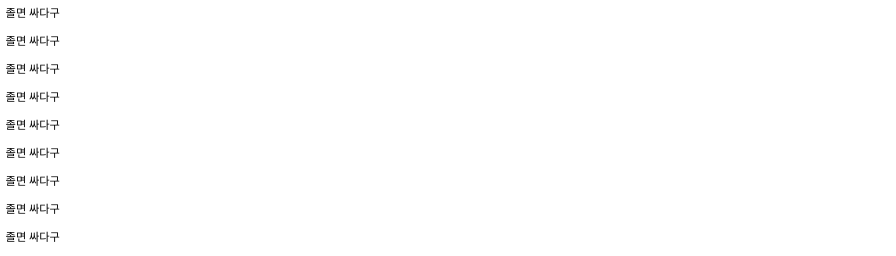
Repository: JeongHyeongKim/practice_myself
Page: Si_basic/WebProject/setp01_HTMLCS/WebContent/HTML/ex02_aTag.html
These files come from the project's save history. The page is drawn as it stood at one moment and after the next save; the edit follows.
The browser window is 1280 px wide. The pictures show the part of the page from y = 826 to 2746 px (the page is 1191 px tall before and 3168 px after), at 70% of full size.

Above is the page before, as saved 2019-04-22 04:07:39.

After the next save:
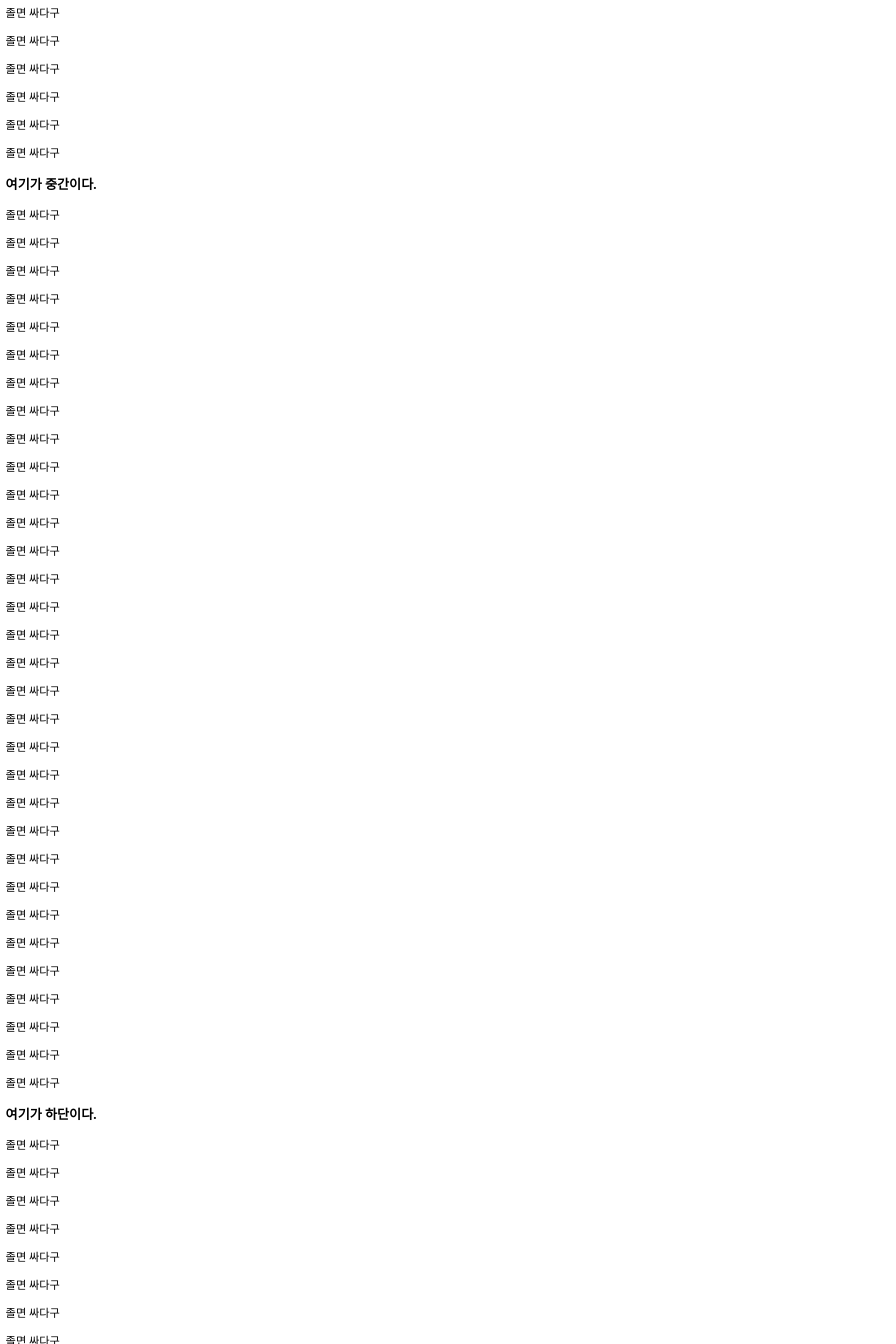
Saved 83 s later.
--- a/Si_basic/WebProject/setp01_HTMLCS/WebContent/HTML/ex02_aTag.html
+++ b/Si_basic/WebProject/setp01_HTMLCS/WebContent/HTML/ex02_aTag.html
@@ -23,6 +23,10 @@
 		<a href="">하단으로</a>
 
 
-		졸면 싸다구<p>졸면 싸다구<p>졸면 싸다구<p>졸면 싸다구<p>졸면 싸다구<p>졸면 싸다구<p>졸면 싸다구<p>졸면 싸다구<p>졸면 싸다구<p>졸면 싸다구<p>졸면 싸다구<p>졸면 싸다구<p>졸면 싸다구<p>졸면 싸다구<p>졸면 싸다구<p>졸면 싸다구<p>졸면 싸다구<p>졸면 싸다구<p>졸면 싸다구<p>졸면 싸다구<p>졸면 싸다구<p>졸면 싸다구<p>졸면 싸다구<p>졸면 싸다구<p>졸면 싸다구<p>
+		졸면 싸다구<p>졸면 싸다구<p>졸면 싸다구<p>졸면 싸다구<p>졸면 싸다구<p>졸면 싸다구<p>졸면 싸다구<p>졸면 싸다구<p>졸면 싸다구<p>졸면 싸다구<p>졸면 싸다구<p>졸면 싸다구<p>졸면 싸다구<p>졸면 싸다구<p>졸면 싸다구<p>졸면 싸다구<p>졸면 싸다구<p>졸면 싸다구<p>졸면 싸다구<p>졸면 싸다구<p>졸면 싸다구<p>졸면 싸다구<p>
+		<h3>여기가 중간이다.</h3>
+		졸면 싸다구<p>졸면 싸다구<p>졸면 싸다구<p>졸면 싸다구<p>졸면 싸다구<p>졸면 싸다구<p>졸면 싸다구<p>졸면 싸다구<p>졸면 싸다구<p>졸면 싸다구<p>졸면 싸다구<p>졸면 싸다구<p>졸면 싸다구<p>졸면 싸다구<p>졸면 싸다구<p>졸면 싸다구<p>졸면 싸다구<p>졸면 싸다구<p>졸면 싸다구<p>졸면 싸다구<p>졸면 싸다구<p>졸면 싸다구<p>졸면 싸다구<p>졸면 싸다구<p>졸면 싸다구<p>졸면 싸다구<p>졸면 싸다구<p>졸면 싸다구<p>졸면 싸다구<p>졸면 싸다구<p>졸면 싸다구<p>졸면 싸다구<p>
+		<h3>여기가 하단이다.</h3>
+		졸면 싸다구<p>졸면 싸다구<p>졸면 싸다구<p>졸면 싸다구<p>졸면 싸다구<p>졸면 싸다구<p>졸면 싸다구<p>졸면 싸다구<p>졸면 싸다구<p>졸면 싸다구<p>졸면 싸다구<p>졸면 싸다구<p>졸면 싸다구<p>졸면 싸다구<p>졸면 싸다구<p>졸면 싸다구<p>졸면 싸다구<p>졸면 싸다구<p>
 	</body>
 </html>
